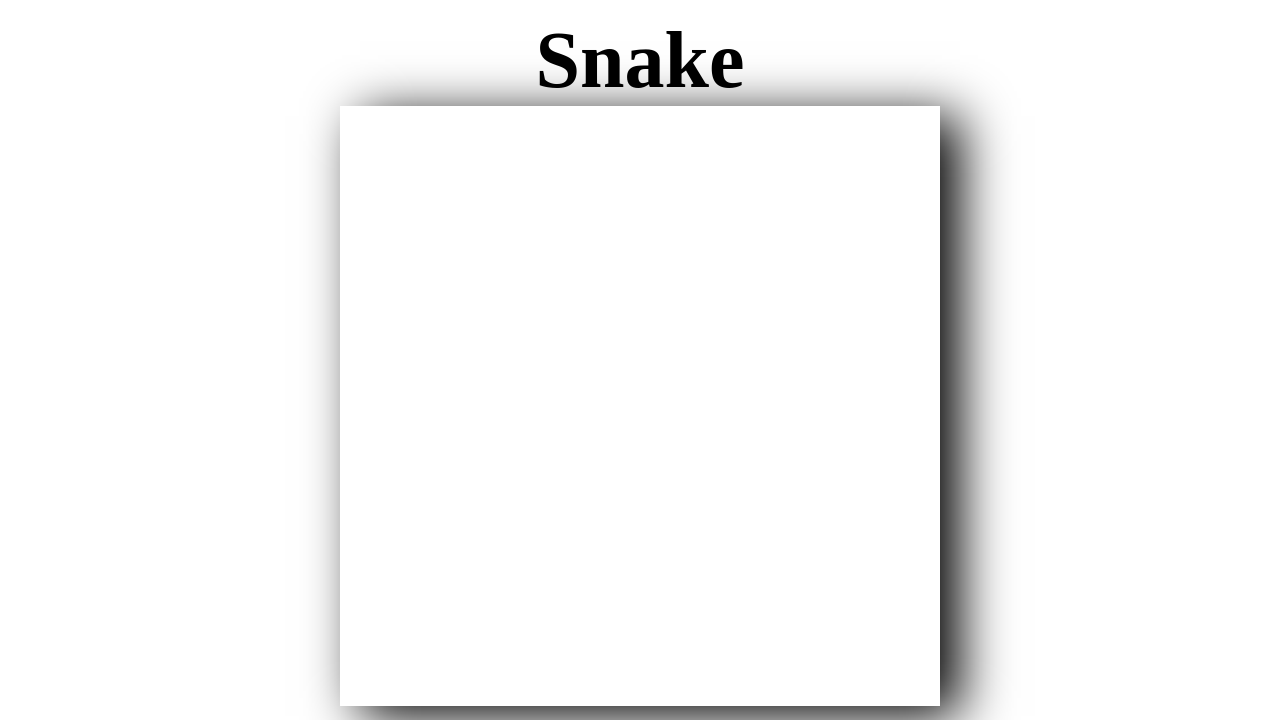
Repository: Ellisvelandia/snake
Page: index.html
The author's editor kept a copy of each file at every save. The page is drawn from the files as they stood at one save, then again after the next save.
The browser window is 1280 px wide. The pictures show the whole page.

Above is the page before, as saved 2022-08-27 00:02:20.
Console error: SyntaxError: Invalid left-hand side in assignment

### index.html
<!DOCTYPE html>
<html lang="en">
  <head>
    <meta charset="UTF-8" />
    <meta http-equiv="X-UA-Compatible" content="IE=edge" />
    <meta name="viewport" content="width=device-width, initial-scale=1.0" />
    <link rel="stylesheet" href="style.css" />
    <title>Snake</title>
  </head>
  <body>
    <h1>Snake</h1>

    <canvas id="game" width="400" height="400"></canvas>
    <script src="index.js"></script>
  </body>
</html>

### style.css
* {
  margin: 0;
  padding: 0;
  box-sizing: border-box;
}

body {
  margin: 0;
  padding: 0;
  display: flex;
  flex-direction: column;
  justify-content: center;
  align-items: center;
  max-width: 100%;
  height: 100vh;
}

h1 {
  font-size: 5rem;
}
canvas {
  width: 600px;
  height: 600px;
  box-shadow: #000 20px 10px 50px;
}

### index.js
const canvas = document.getElementById("game");
const ctx = canvas.getContext("2d");

let speed = 7;

let tileCount = 20;
let tileSize = canvas.width / tileCount - 2;
let headX = 10;
let headY = 10;

let appleX = 5;
let appleY = 5;

let xVelocity = 0;
let yVelocity = 0;

// game  loop

function drawGame() {
  clearScreen();
  changeSnakePosition();

  checkAppleCollision();
  drawApple();
  drawSnake();
  setTimeout(drawGame, 1000 / speed);
}

function clearScreen() {
  ctx.fillStyle = "#000";
  ctx.fillRect(0, 0, canvas.width, canvas.height);
}

function drawSnake() {
  ctx.fillStyle = "#ffa500	";
  ctx.fillRect(headX * tileCount, headY * tileCount, tileSize, tileSize);
}

function changeSnakePosition() {
  headX = headX + xVelocity;
  headY = headY + yVelocity;
}

function drawApple() {
  ctx.fillStyle = "#0000FF";
  ctx.fillRect(appleX * tileCount, appleY * tileCount, tileSize, tileSize);
}

function checkAppleCollision() {
  if (appleX === headx && appleY = headY) {
    appleX = Math.floor(Math.random () * tileCount);
    appleX = Math.floor(Math.random () * tileCount);  }
}

document.body.addEventListener("keydown", keyDown);

function keyDown(event) {
  // up
  if (event.keyCode == 38) {
    if (yVelocity == 1) return;
    yVelocity = -1;
    xVelocity = 0;
  }

  // down
  if (event.keyCode == 40) {
    if (yVelocity == -1) return;
    xVelocity = 1;
    yVelocity = 0;
  }

  // left
  if (event.keyCode == 37) {
    if (xVelocity == 1) return;
    xVelocity = 0;
    yVelocity = -1;
  }

  // right
  if (event.keyCode == 39) {
    if (xVelocity == -1) return;
    xVelocity = 0;
    yVelocity = 1;
  }
}

drawGame();

After the next save:
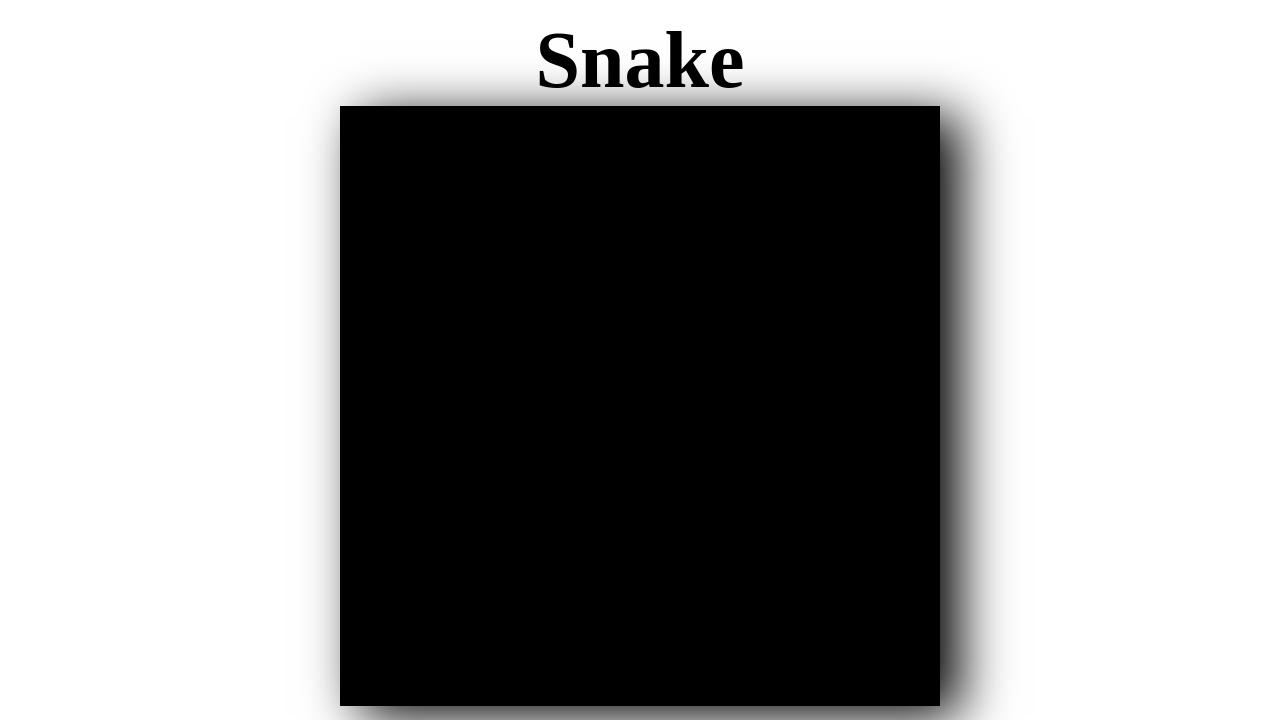
Console error: ReferenceError: headx is not defined
Saved 5 s later.
--- a/index.js
+++ b/index.js
@@ -47,7 +47,7 @@ function drawApple() {
 }
 
 function checkAppleCollision() {
-  if (appleX === headx && appleY = headY) {
+  if (appleX === headx && appleY == headY) {
     appleX = Math.floor(Math.random () * tileCount);
     appleX = Math.floor(Math.random () * tileCount);  }
 }
